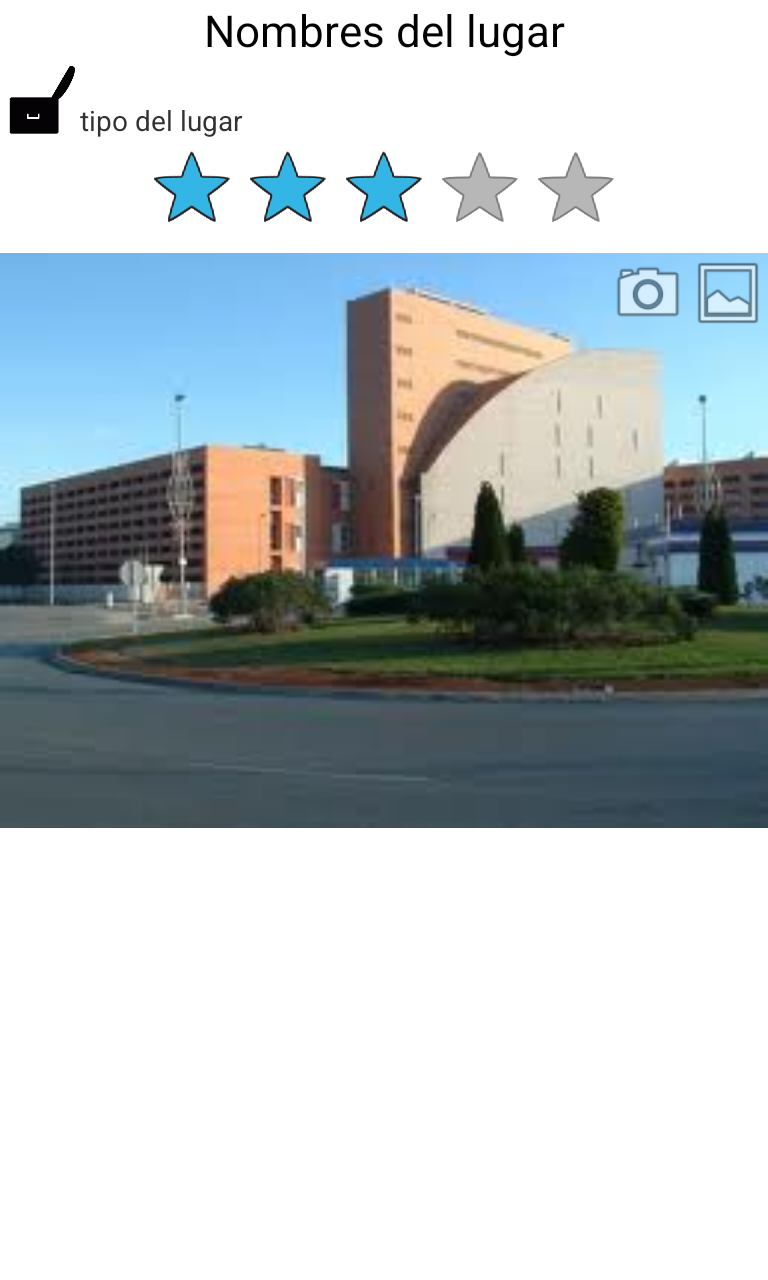
Repository: sayantjm/CursoAndroid
Layout: MisLugares/res/layout/vista_lugar.xml
The author's editor kept a copy of each file at every save. The layout is drawn from the files as they stood at one save, then again after the next save.
It is drawn on a 768 x 1280 px phone screen (xhdpi) without system bars, with theme AppTheme; the app's code is not run.

Above is the layout before, as saved 2014-03-25 20:06:03.

After the next save:
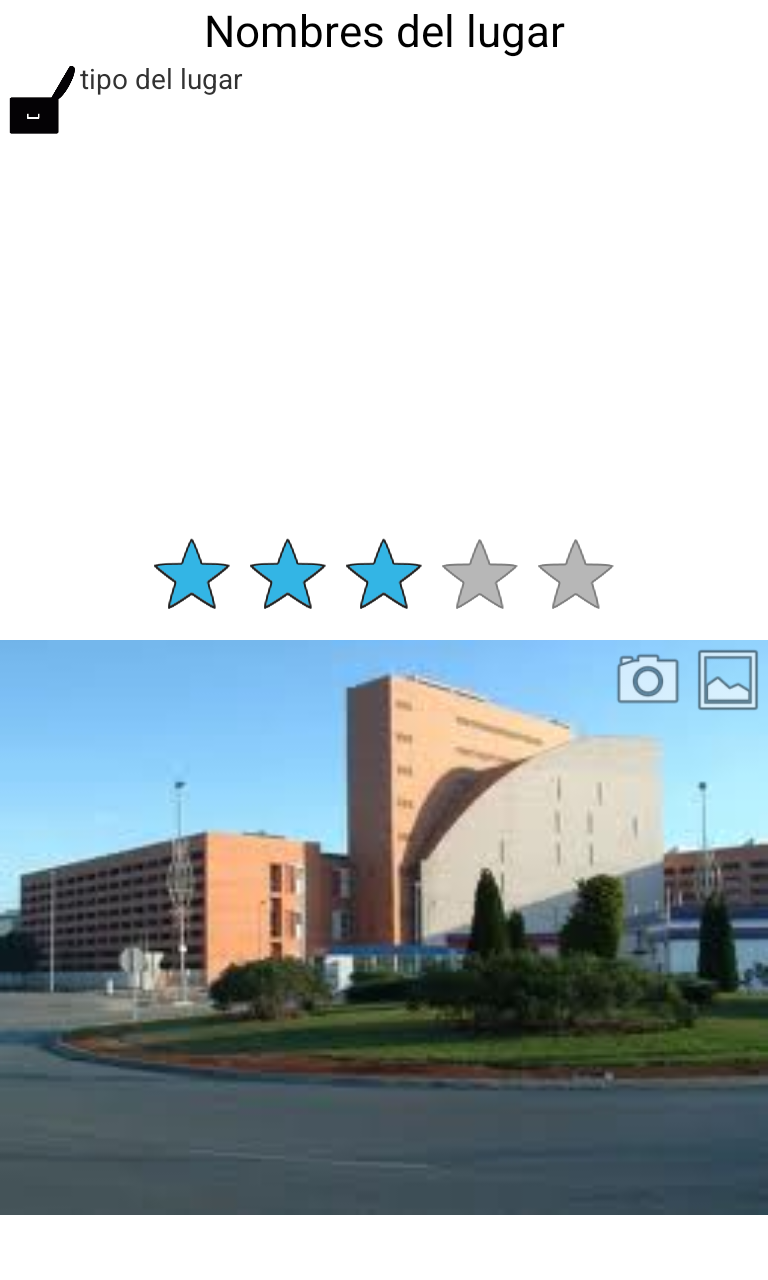
Saved 2 min 25 s later.
--- a/MisLugares/res/layout/vista_lugar.xml
+++ b/MisLugares/res/layout/vista_lugar.xml
@@ -31,7 +31,21 @@
                 android:layout_height="wrap_content"
                 android:layout_gravity="bottom"
                 android:text="tipo del lugar" />
+            <ImageView
+                android:id="@+id/direccion"
+                android:layout_width="40dp"
+                android:layout_height="40dp"
+                android:contentDescription="logo de la direccion"
+                android:src="@android:drawable/ic_menu_myplaces" />
+            <TextView
+                android:id="@+id/tipo"
+                android:layout_width="match_parent"
+                android:layout_height="wrap_content"
+                android:layout_gravity="bottom"
+                android:text="tipo del lugar" />
         </LinearLayout>
+
+
 
         <RatingBar
             android:id="@+id/valoracion"

After the save that followed:
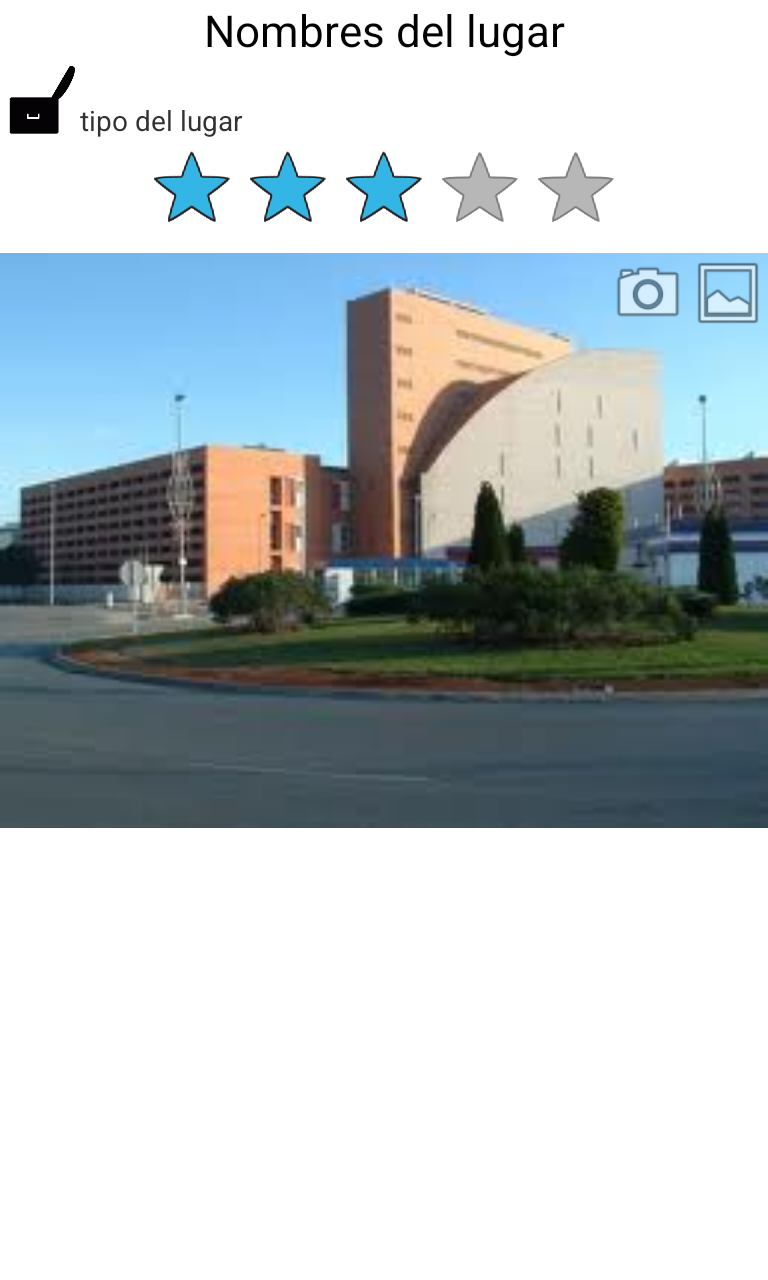
Saved 63 s later.
--- a/MisLugares/res/layout/vista_lugar.xml
+++ b/MisLugares/res/layout/vista_lugar.xml
@@ -31,18 +31,9 @@
                 android:layout_height="wrap_content"
                 android:layout_gravity="bottom"
                 android:text="tipo del lugar" />
-            <ImageView
-                android:id="@+id/direccion"
-                android:layout_width="40dp"
-                android:layout_height="40dp"
-                android:contentDescription="logo de la direccion"
-                android:src="@android:drawable/ic_menu_myplaces" />
-            <TextView
-                android:id="@+id/tipo"
-                android:layout_width="match_parent"
-                android:layout_height="wrap_content"
-                android:layout_gravity="bottom"
-                android:text="tipo del lugar" />
+        </LinearLayout>
+        <LinearLayout >
+
         </LinearLayout>
 
 
